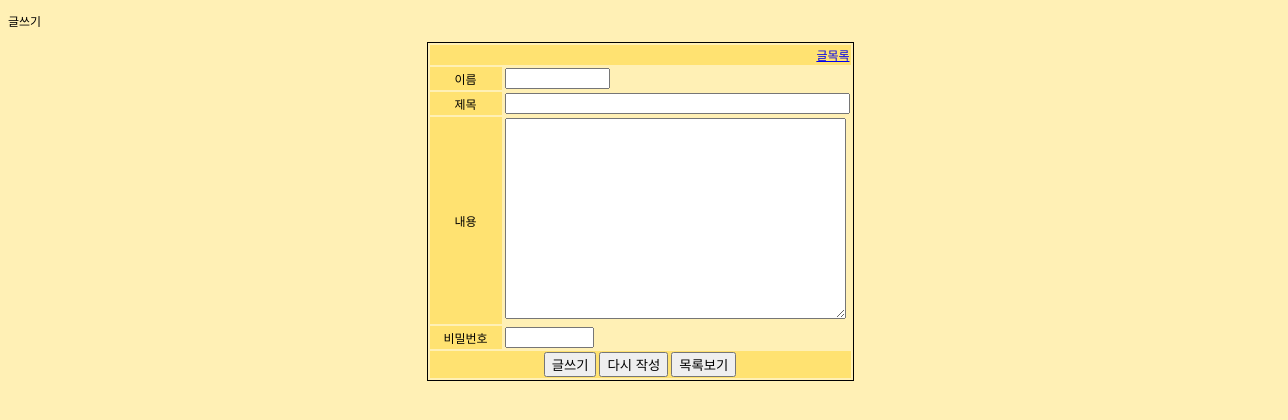
Repository: matodale/StudyJSP
Page: http://localhost/StudyJSP/ch13/writeForm.jsp
An editor plug-in stored every save of this project. The page is shown before and after the next save, followed by the edit.
The browser window is 1280 px wide. The page is 1280 px wide, then 1288 px, then 1280 px, so the pictures cover 1288 px, including what lies to the right of the window. The pictures show the whole page.
The page is served by Tomcat 9. Other server files are loaded and not shown.

Above is the page before, as saved 2022-12-24 01:35:24.

### StudyJSP/src/main/webapp/ch13/writeForm.jsp
<%@ page language="java" contentType="text/html; charset=UTF-8"
    pageEncoding="UTF-8"%>
<%@ include file="js/color.jspf" %>
<!DOCTYPE html>
<html>
<head>
<meta charset="UTF-8">
<title>게시판</title>
<link href="css/style.css" rel="stylesheet" type="text/css">
<script type="text/javascript" src="js/script.js"></script>
</head>
<body bgcolor="<%=bodyback_c%>">
<%
	int num = 0, ref = 1, re_step = 0, re_level = 0;
	String strV = "";
	try{
		if(request.getParameter("num")!=null){
			num = Integer.parseInt(request.getParameter("num"));
			ref = Integer.parseInt(request.getParameter("ref"));
			re_step = Integer.parseInt(request.getParameter("re_step"));
			re_level = Integer.parseInt(request.getParameter("re_level"));
		}
%>
	<div class="textname1">
		<p>글쓰기</p>
	</div>
	<form method="post" name="writeform" action="writePro.jsp" onsubmit="return writeSave()">
		<input type="hidden" name="num" value="<%=num %>">
		<input type="hidden" name="ref" value="<%=ref %>">
		<input type="hidden" name="re_step" value="<%=re_step %>">
		<input type="hidden" name="re_level" value="<%=re_level %>">

		<table class="table1">
			<tr>
				<td align="right" colspan="2" bgcolor="<%=value_c%>">
					<a href="list.jsp">글목록</a>
				</td>
			</tr>
			<tr>
				<td width="70" bgcolor="<%=value_c%>">이름</td>
				<td width="330" align="left">
					<input type="text" size="10" maxlength="10" name="writer" style="ime-mode:active;">
				</td><!-- active: 한글-->
			</tr>
			<tr>
				<td width="70" bgcolor="<%=value_c%>" align="center">제목</td>
				<td width="330" align="left">
					<%
						if(request.getParameter("num")==null)
							strV = "";
						else
							strV = "[답변]";
					%>
					<input type="text" size="40" maxlength="50"
					name="subject" value="<%=strV%>" style="ime-mode:active;">
				</td>
			</tr>
			<tr>
				<td width="70" bgcolor="<%=value_c%>" align="center">내용</td>
				<td width="330" align="left">
					<textarea name="content" rows="13" cols="40" style="ime-mode:active;">
					</textarea>
				</td>
			</tr>
			<tr>
				<td width="70" bgcolor="<%=value_c%>" align="center">비밀번호</td>
				<td width="330" align="left">
					<input type="password" size="8" maxlength="12" name="passwd" style="ime-mode:inactive;">
				</td>
			</tr>
			<tr>
				<td colspan="2" bgcolor="<%=value_c%>" align="center">
					<input type="submit" value="글쓰기">
					<input type="reset" value="다시 작성">
					<input type="button" value="목록보기" Onclick="window.location=list.jsp">
				</td>
			</tr>
		</table>
	</form>
<%
	}catch(Exception e){}
%>
</body>
</html>

### StudyJSP/src/main/webapp/ch13/js/color.jspf
<%
   String bodyback_c="#FFF0B5";
   String value_c="#FFE271";
%>

### StudyJSP/src/main/webapp/ch13/css/style.css
@charset "UTF-8";

body {
	witdh:100%;
	font-size: 9pt;
}
form {
	font-size: 9pt;
}

form>.table1{
	margin-left:auto;
	margin-right:auto;
	text-align: center;
	font-size: 9pt;
	border: 1pt solid black;
}

select {
	font-size: 9pt;
}

div>.textname1{
	text-align: center;
	font-weight: 700;
}

### StudyJSP/src/main/webapp/ch13/js/script.js
function writeSave(){
	var writeform = document.writeform;

	if(!writeform.writer.value){
	  alert("작성자를 입력하십시요.");
	  writeform.writer.focus();
	  return false;
	}

	if(!writeform.subject.value){
	  alert("제목을 입력하십시요.");
	  writeform.subject.focus();
	  return false;
	}

	if(!writeform.content.value){
	  alert("내용을 입력하십시요.");
	  writeform.content.focus();
	  return false;
	}

	if(!writeform.passwd.value){
	  alert(" 비밀번호를 입력하십시요.");
	  writeform.passwd.focus();
	  return false;
	}
 };

After the next save:
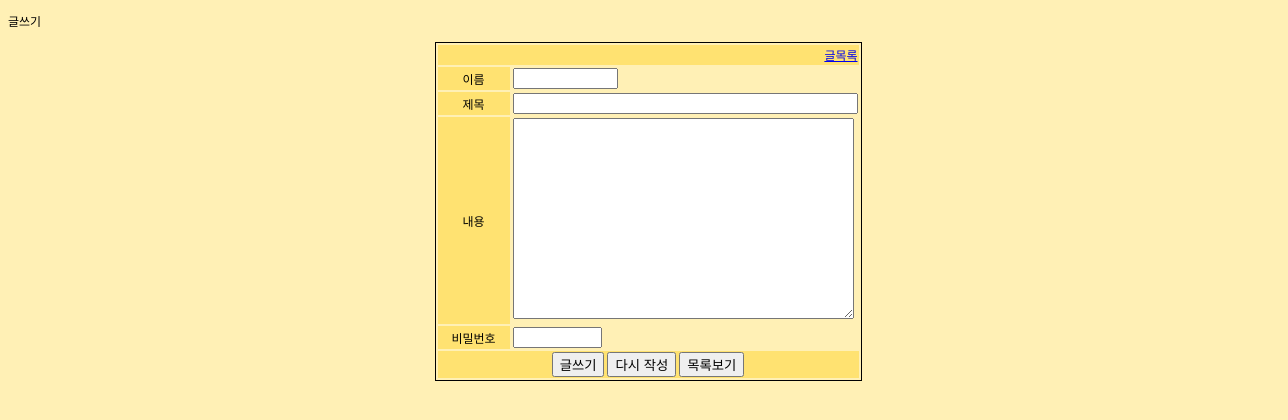
Saved 19 s later.
--- a/StudyJSP/src/main/webapp/ch13/css/style.css
+++ b/StudyJSP/src/main/webapp/ch13/css/style.css
@@ -1,7 +1,7 @@
 @charset "UTF-8";
 
 body {
-	witdh:100%;
+	width:100%;
 	font-size: 9pt;
 }
 form {

After the 3 saves that followed:
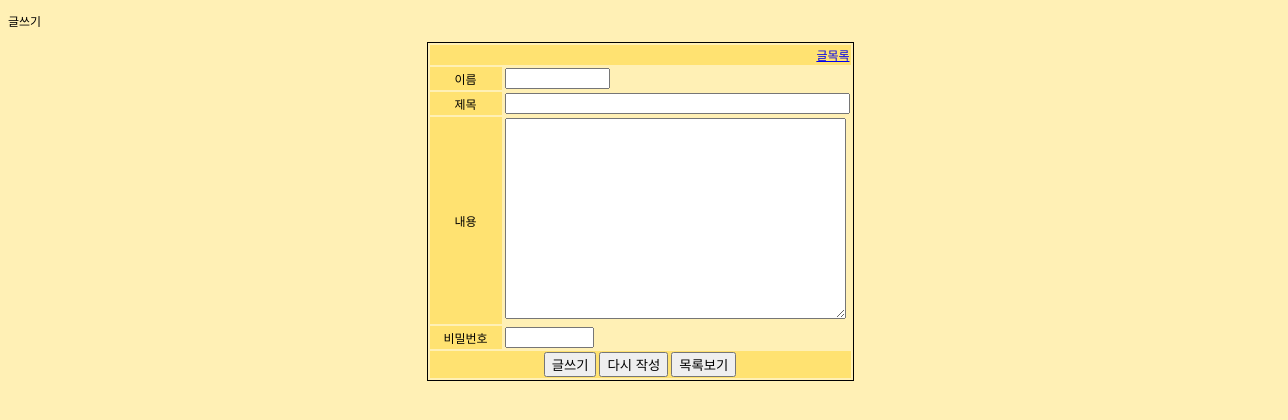
The 3 saves are shown as one change because 2 left the picture as it was.
The last was saved 2 min 56 s later.
--- a/StudyJSP/src/main/webapp/ch13/css/style.css
+++ b/StudyJSP/src/main/webapp/ch13/css/style.css
@@ -1,16 +1,14 @@
 @charset "UTF-8";
 
 body {
-	width:100%;
 	font-size: 9pt;
 }
 form {
 	font-size: 9pt;
 }
 
-form>.table1{
-	margin-left:auto;
-	margin-right:auto;
+form .table1{
+	margin: 0 auto;
 	text-align: center;
 	font-size: 9pt;
 	border: 1pt solid black;
@@ -20,7 +18,7 @@
 	font-size: 9pt;
 }
 
-div>.textname1{
+div .textname1{
 	text-align: center;
 	font-weight: 700;
 }
